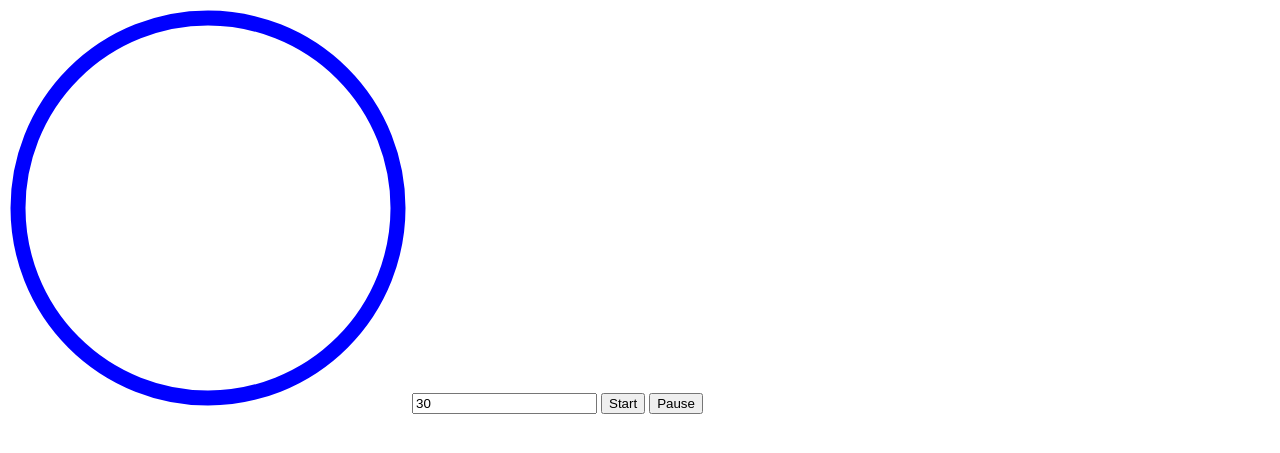
Repository: zhapar/JS-Bootcamp
Page: 1. Timer/index.html
The author's editor kept a copy of each file at every save. The page is drawn from the files as they stood at one save, then again after the next save.
The browser window is 1280 px wide. The pictures show the whole page.
Some web libraries are served in a nearby version.

Above is the page before, as saved 2020-07-09 17:37:42.

### 1. Timer/index.html
<!DOCTYPE html>
<html lang="en">
  <head>
    <meta charset="UTF-8" />
    <meta name="viewport" content="width=device-width, initial-scale=1.0" />
    <link
      rel="stylesheet"
      href="https://cdnjs.cloudflare.com/ajax/libs/font-awesome/5.13.1/css/all.min.css"
      integrity="sha512-xA6Hp6oezhjd6LiLZynuukm80f8BoZ3OpcEYaqKoCV3HKQDrYjDE1Gu8ocxgxoXmwmSzM4iqPvCsOkQNiu41GA=="
      crossorigin="anonymous"
    />
    <title>Timer</title>
  </head>

  <body>
    <svg height="400" width="400">
      <circle
        r="190"
        cx="200"
        cy="200"
        fill="transparent"
        stroke="blue"
        stroke-width="15"
        transform="rotate(-90 200 200)"
      />
    </svg>
    <input type="text" id="duration" value="30" />
    <button id="start">Start</button>
    <button id="pause">Pause</button>

    <script src="timer.js"></script>
    <script src="app.js"></script>
  </body>
</html>

### 1. Timer/timer.js
class Timer {
  constructor(durationInput, startButton, pauseButton, callbacks) {
    this.durationInput = durationInput;
    this.startButton = startButton;
    this.pauseButton = pauseButton;

    if (callbacks) {
      this.onStart = callbacks.onStart;
      this.onTick = callbacks.onTick;
      this.onComplete = callbacks.onComplete;
    }

    this.startButton.addEventListener("click", this.start);
    this.pauseButton.addEventListener("click", this.pause);
  }

  // To start a timer
  start = () => {
    if (this.onStart) {
      this.onStart(this.timeRemaining);
    }
    this.tick();
    this.interval = setInterval(this.tick, 10);
  };

  // To pause a timer
  pause = () => {
    clearInterval(this.interval);
  };

  // To countdown timer
  tick = () => {
    if (this.timeRemaining <= 0) {
      this.pause();
      if (this.onComplete) {
        this.onComplete();
      }
    } else {
      this.timeRemaining = this.timeRemaining - 0.01;
      this.onTick(this.timeRemaining);
    }
  };

  get timeRemaining() {
    return parseFloat(this.durationInput.value);
  }

  set timeRemaining(time) {
    this.durationInput.value = time.toFixed(2);
  }
}

### 1. Timer/app.js
// Get button on DOM
const durationInput = document.querySelector("#duration");
const startButton = document.querySelector("#start");
const pauseButton = document.querySelector("#pause");

const circle = document.querySelector("circle");
const perimeter = circle.getAttribute("r") * 2 * Math.PI;
circle.setAttribute("stroke-dasharray", perimeter);

let duration = 0;
const timer = new Timer(durationInput, startButton, pauseButton, {
  onStart(durationTime) {
    duration = durationTime;
  },
  onTick(timeRemaining) {
    circle.setAttribute(
      "stroke-dashoffset",
      (perimeter * timeRemaining) / duration - perimeter
    );
  },
  onComplete() {
    console.log("Timer is completed");
  },
});

After the next save:
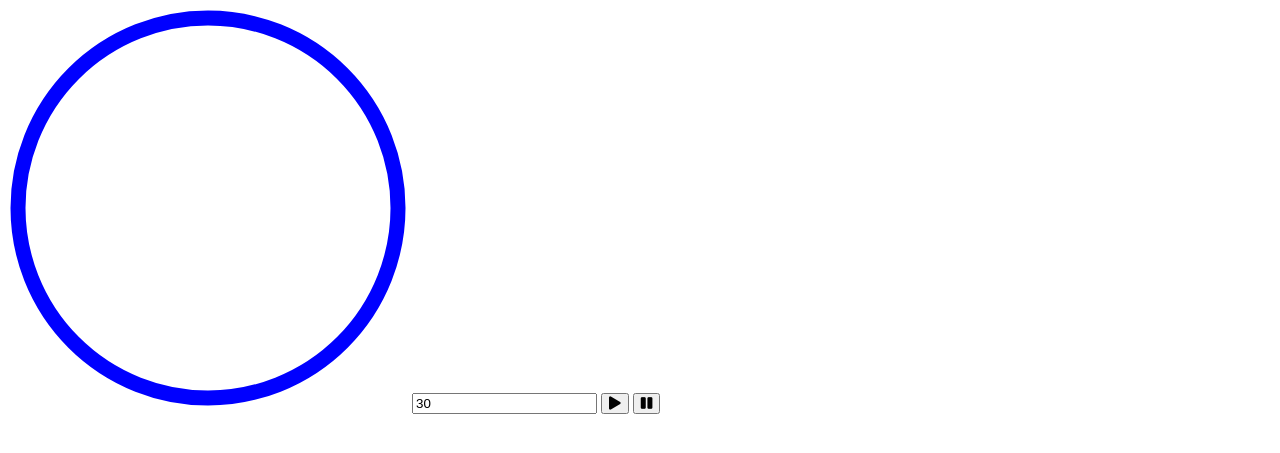
Saved 25 s later.
--- a/1. Timer/index.html
+++ b/1. Timer/index.html
@@ -25,8 +25,8 @@
       />
     </svg>
     <input type="text" id="duration" value="30" />
-    <button id="start">Start</button>
-    <button id="pause">Pause</button>
+    <button id="start"><i class="fas fa-play"></i></button>
+    <button id="pause"><i class="fas fa-pause"></i></button>
 
     <script src="timer.js"></script>
     <script src="app.js"></script>
